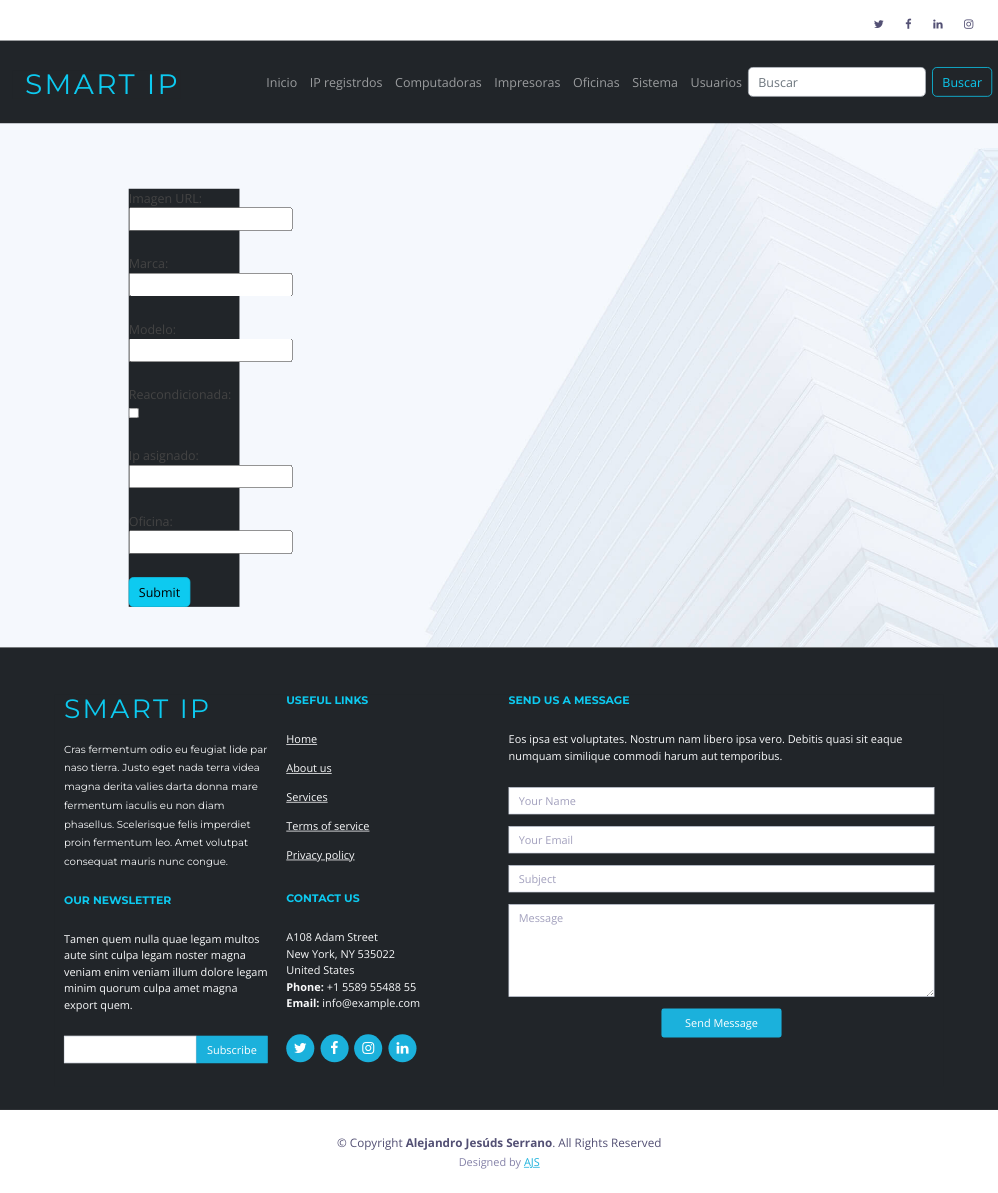
Repository: AlejandroJesusSerrano/SmartIPs
Page: smartip/smartipnav/templates/smartipnav/printer_form.html
These files come from the project's save history. The page is drawn as it stood at one moment and after the next save; the edit follows.
The browser window is 1280 px wide. The pictures show the whole page, at 78% of full size.
The page is served by the project's application, run on Django 4.2 (smartip/manage.py). Other server files are loaded and not shown. The template is opened directly, without the code that normally fills it, so the values that code supplies are empty.

Above is the page before, as saved 2022-11-14 07:59:05.

### smartip/smartipnav/templates/smartipnav/printer_form.html
{% extends 'smartipnav/base.html' %}

{% block content %}
<section id="intro" class="clearfix">
    <div class="container d-flex h-100">
        <div class="row justify-content-center align-self-center">
            <div class="col-md-6 intro-info order-md-first order-last">
                <form action="" method="post">
                    {% csrf_token %}
                    <div class="form-group bg-dark"
                        <p>Imagen URL: <input type="url" name="printer_image" id="printer_add"></p>
                        <p>Marca: <input type="text" name="printer_brand" id="printer_brand"></p>
                        <p>Modelo: <input type="text" name="printer_model" id="printer_model"></p>
                        <p>Reacondicionada: <input type="checkbox" name="printer_rebuilded" id="printer_rebuilded"></p>
                        <p>Ip asignado: <input type="text" name="printer_ip" id="printer_ip"></p>
                        <p>Oficina: <input type="text" namr="printer_office" id="printer_office"></p>
                        <button type="submit" class="btn btn-info">Submit</button>
                    </div>
                </form>
            </div>
        </div>
    </div>
{% endblock %}

### smartip/smartipnav/templates/smartipnav/base.html
<!DOCTYPE html>
<html lang="en">
<head>

  {% load static %}
  <meta charset="utf-8">
  <title>Smart IP</title>
  <meta content="width=device-width, initial-scale=1.0" name="viewport">
  <meta content="" name="keywords">
  <meta content="" name="description">

  <!-- Favicons -->
  <link href="{% static 'smartipnav/img/favicon.png' %}" rel="icon">
  <link href="{% static 'smartipnav/img/apple-touch-icon.png' %}" rel="apple-touch-icon">

  <!-- Google Fonts -->
  <link href="https://fonts.googleapis.com/css?family=Open+Sans:300,300i,400,400i,500,600,700,700i|Montserrat:300,400,500,600,700" rel="stylesheet">

  <!-- Bootstrap CSS File -->
  <link href="https://cdn.jsdelivr.net/npm/bootstrap@5.2.2/dist/css/bootstrap.min.css" rel="stylesheet" integrity="sha384-Zenh87qX5JnK2Jl0vWa8Ck2rdkQ2Bzep5IDxbcnCeuOxjzrPF/et3URy9Bv1WTRi" crossorigin="anonymous">

  <!-- Libraries CSS Files -->
  <link href="{% static 'smartipnav/lib/font-awesome/css/font-awesome.min.css' %}" rel="stylesheet">
  <link href="{% static 'smartipnav/lib/animate/animate.min.css' %}" rel="stylesheet">
  <link href="{% static 'smartipnav/lib/ionicons/css/ionicons.min.css' %}" rel="stylesheet">
  <link href="{% static 'smartipnav/lib/owlcarousel/assets/owl.carousel.min.css' %}" rel="stylesheet">
  <link href="{% static 'smartipnav/lib/lightbox/css/lightbox.min.css' %}" rel="stylesheet">

  <!-- Main Stylesheet File -->
  <link href="{% static 'smartipnav/css/style.css' %}" rel="stylesheet">

  <!-- =======================================================
    Theme Name: Rapid
    Theme URL: https://bootstrapmade.com/rapid-multipurpose-bootstrap-business-template/
    Author: BootstrapMade.com
    License: https://bootstrapmade.com/license/
  ======================================================= -->
</head>

<body>
  <!--==========================
  Header
  ============================-->
  <header id="header">

    <div id="topbar">
      <div class="container me-2">
        <div class="social-links">
          <a href="#" class="twitter"><i class="fa fa-twitter"></i></a>
          <a href="#" class="facebook"><i class="fa fa-facebook"></i></a>
          <a href="#" class="linkedin"><i class="fa fa-linkedin"></i></a>
          <a href="#" class="instagram"><i class="fa fa-instagram"></i></a>
        </div>
      </div>
    </div>

    <nav class="navbar navbar-expand-lg navbar-dark bg-dark">
      <a class="navbar-brand" href="index">
        <div class="logo mb-4">
          <!-- Uncomment below if you prefer to use an image logo -->
          <h1 class="text-bg-dark mx-auto "><a href="index"><span class= "text-info">Smart IP</span></a></h1>
          <!-- <a href="#header" class="scrollto"><img src="img/logo.png" alt="" class="img-fluid"></a> -->
        </div>
      </a>
      <button class="navbar-toggler" type="button" data-bs-toggle="collapse" data-bs-target="#navbarSupportedContent" aria-controls="navbarSupportedContent" aria-expanded="false" aria-label="Toggle navigation">
        <span class="navbar-toggler-icon"></span>
      </button>
      <div class="collapse navbar-collapse" id="navbarSupportedContent">
        <ul class="navbar-nav ms-auto mb-2 mb-lg-0">
          <li class="nav-item">
            <a class="nav-link {% block indexactive %} {% endblock %}" aria-current="page" href="{% url 'Inicio' %}">Inicio</a>
          </li>
          <li class="nav-item">
            <a class="nav-link {% block ipactive %} {% endblock %}" aria-current="page" href=" {% url 'Ip' %}">IP registrdos</a>
          </li>
          <li class="nav-item">
            <a class="nav-link {% block computeractive %} {% endblock %}" aria-current="page" href="{% url 'Computers' %}">Computadoras</a>
          </li>
          <li class="nav-item">
            <a class="nav-link {% block printersactive %} {% endblock %}" aria-current="page" href="{% url 'Printers' %}">Impresoras</a>
          </li>
          <li class="nav-item">
            <a class="nav-link {% block officesactive %} {% endblock %}" aria-current="page" href="{% url 'Offices' %}">Oficinas</a>
          </li>
          <li class="nav-item">
            <a class="nav-link {% block usersactive %} {% endblock %}" aria-current="page" href="{% url 'Users' %}">Sistema</a>
          </li>
          <li class="nav-item">
            <a class="nav-link {% block userspcactive %} {% endblock %}" aria-current="page" href="{% url 'UsersPc' %}">Usuarios</a>
          </li>

          <!-- <li class="nav-item dropdown">
            <a class="nav-link dropdown-toggle" href="#" id="navbarDropdown" role="button" data-bs-toggle="dropdown" aria-expanded="false">
              Dropdown
            </a>
            <ul class="dropdown-menu" aria-labelledby="navbarDropdown">
              <li><a class="dropdown-item" href="#">Acción</a></li>
              <li><a class="dropdown-item" href="#">Otra acción</a></li>
              <li><hr class="dropdown-divider"></li>
              <li><a class="dropdown-item" href="#">Algo más aquí</a></li>
            </ul>
          </li>
          <li class="nav-item">
            <a class="nav-link disabled">Deshabilitado</a>
          </li> -->
        </ul>
        <form class="d-flex" role="search">
          <input class="form-control me-2" type="search" placeholder="Buscar" aria-label="Buscar">
          <button class="btn btn-outline-info me-2" type="submit">Buscar</button>
        </form>
      </div>
    </nav>
  </header><!-- #header -->



    {% block content %}

    {% endblock %}



  <!--==========================
    Footer
  ============================-->
  <footer id="footer" class="section-bg">
    <div class="footer-top bg-dark">
      <div class="container bg-dark">

        <div class="row">

          <div class="col-lg-6">

            <div class="row">

                <div class="col-sm-6">

                  <div class="footer-info">
                    <h3 class="text-info">Smart Ip</h3>
                    <p class="text-light">Cras fermentum odio eu feugiat lide par naso tierra. Justo eget nada terra videa magna derita valies darta donna mare fermentum iaculis eu non diam phasellus. Scelerisque felis imperdiet proin fermentum leo. Amet volutpat consequat mauris nunc congue.</p>
                  </div>

                  <div class="footer-newsletter">
                    <h4 class="text-info">Our Newsletter</h4>
                    <p class="text-light">Tamen quem nulla quae legam multos aute sint culpa legam noster magna veniam enim veniam illum dolore legam minim quorum culpa amet magna export quem.</p>
                    <form action="" method="post">
                      <input type="email" name="email"><input type="submit"  value="Subscribe">
                    </form>
                  </div>

                </div>

                <div class="col-sm-6">
                  <div class="footer-links">
                    <h4 class="text-info">Useful Links</h4>
                    <ul>
                      <li><a class="text-light" href="#">Home</a></li>
                      <li><a class="text-light" href="#">About us</a></li>
                      <li><a class="text-light" href="#">Services</a></li>
                      <li><a class="text-light" href="#">Terms of service</a></li>
                      <li><a class="text-light" href="#">Privacy policy</a></li>
                    </ul>
                  </div>

                  <div class="footer-links">
                    <h4 class="text-info">Contact Us</h4>
                    <p class="text-light">
                      A108 Adam Street <br>
                      New York, NY 535022<br>
                      United States <br>
                      <strong>Phone:</strong> +1 5589 55488 55<br>
                      <strong>Email:</strong> info@example.com<br>
                    </p>
                  </div>

                  <div class="social-links">
                    <a href="#" class="twitter"><i class="fa fa-twitter"></i></a>
                    <a href="#" class="facebook"><i class="fa fa-facebook"></i></a>
                    <a href="#" class="instagram"><i class="fa fa-instagram"></i></a>
                    <a href="#" class="linkedin"><i class="fa fa-linkedin"></i></a>
                  </div>

                </div>

            </div>

          </div>

          <div class="col-lg-6">

            <div class="form">

              <h4 class="text-info">Send us a message</h4>
              <p class= "text-light">Eos ipsa est voluptates. Nostrum nam libero ipsa vero. Debitis quasi sit eaque numquam similique commodi harum aut temporibus.</p>
              <form action="" method="post" role="form" class="contactForm">
                <div class="form-group">
                  <input type="text" name="name" class="form-control" id="name" placeholder="Your Name" data-rule="minlen:4" data-msg="Please enter at least 4 chars" />
                  <div class="validation"></div>
                </div>
                <div class="form-group">
                  <input type="email" class="form-control" name="email" id="email" placeholder="Your Email" data-rule="email" data-msg="Please enter a valid email" />
                  <div class="validation"></div>
                </div>
                <div class="form-group">
                  <input type="text" class="form-control" name="subject" id="subject" placeholder="Subject" data-rule="minlen:4" data-msg="Please enter at least 8 chars of subject" />
                  <div class="validation"></div>
                </div>
                <div class="form-group">
                  <textarea class="form-control" name="message" rows="5" data-rule="required" data-msg="Please write something for us" placeholder="Message"></textarea>
                  <div class="validation"></div>
                </div>

                <div id="sendmessage">Your message has been sent. Thank you!</div>
                <div id="errormessage"></div>

                <div class="text-center"><button type="submit" title="Send Message">Send Message</button></div>
              </form>
            </div>

          </div>



        </div>

      </div>
    </div>

    <div class="container">
      <div class="copyright">
        &copy; Copyright <strong>Alejandro Jesúds Serrano</strong>. All Rights Reserved
      </div>
      <div class="credits">
        <!--
          All the links in the footer should remain intact.
          You can delete the links only if you purchased the pro version.
          Licensing information: https://bootstrapmade.com/license/
          Purchase the pro version with working PHP/AJAX contact form: https://bootstrapmade.com/buy/?theme=Rapid
        -->
        Designed by <a href="https://AJS.com/">AJS</a>
      </div>
    </div>
  </footer><!-- #footer -->

  <a href="#" class="back-to-top"><i class="fa fa-chevron-up"></i></a>
  <!-- Uncomment below i you want to use a preloader -->
  <!-- <div id="preloader"></div> -->

  <!-- JavaScript Libraries -->
  <script src="{% static 'smartipnav/lib/jquery/jquery.min.js' %}"></script>
  <script src="{% static 'smartipnav/lib/jquery/jquery-migrate.min.js' %}"></script>
  <script src="https://cdn.jsdelivr.net/npm/bootstrap@5.2.2/dist/js/bootstrap.bundle.min.js" integrity="sha384-OERcA2EqjJCMA+/3y+gxIOqMEjwtxJY7qPCqsdltbNJuaOe923+mo//f6V8Qbsw3" crossorigin="anonymous"></script>
  <script src="{% static 'smartipnav/lib/easing/easing.min.js' %}"></script>
  <script src="{% static 'smartipnav/lib/mobile-nav/mobile-nav.js' %}"></script>
  <script src="{% static 'smartipnav/lib/wow/wow.min.js' %}"></script>
  <script src="{% static 'smartipnav/lib/waypoints/waypoints.min.js' %}"></script>
  <script src="{% static 'smartipnav/lib/counterup/counterup.min.js' %}"></script>
  <script src="{% static 'smartipnav/lib/owlcarousel/owl.carousel.min.js' %}"></script>
  <script src="{% static 'smartipnav/lib/isotope/isotope.pkgd.min.js' %}"></script>
  <script src="{% static 'smartipnav/lib/lightbox/js/lightbox.min.js' %}"></script>
  <!-- Contact Form JavaScript File -->
  <script src="{% static 'smartipnav/contactform/contactform.js' %}"></script>

  <!-- Template Main Javascript File -->
  <script src="{% static 'smartipnav/js/main.js' %}"></script>

</body>
</html>

### smartip/smartip/urls.py
"""smartip URL Configuration

The `urlpatterns` list routes URLs to views. For more information please see:
    https://docs.djangoproject.com/en/4.1/topics/http/urls/
Examples:
Function views
    1. Add an import:  from my_app import views
    2. Add a URL to urlpatterns:  path('', views.home, name='home')
Class-based views
    1. Add an import:  from other_app.views import Home
    2. Add a URL to urlpatterns:  path('', Home.as_view(), name='home')
Including another URLconf
    1. Import the include() function: from django.urls import include, path
    2. Add a URL to urlpatterns:  path('blog/', include('blog.urls'))
"""
from django.contrib import admin
from django.urls import path

urlpatterns = [
    path('admin/', admin.site.urls),
]

Loaded but not shown: smartip/smartipnav/static/smartipnav/lib/font-awesome/css/font-awesome.min.css (library); smartip/smartipnav/static/smartipnav/lib/animate/animate.min.css (library); smartip/smartipnav/static/smartipnav/lib/ionicons/css/ionicons.min.css (library); smartip/smartipnav/static/smartipnav/lib/owlcarousel/assets/owl.carousel.min.css (library); smartip/smartipnav/static/smartipnav/lib/lightbox/css/lightbox.min.css (common file); smartip/smartipnav/static/smartipnav/lib/jquery/jquery.min.js (library); smartip/smartipnav/static/smartipnav/lib/jquery/jquery-migrate.min.js (library); smartip/smartipnav/static/smartipnav/lib/easing/easing.min.js (common file); smartip/smartipnav/static/smartipnav/lib/mobile-nav/mobile-nav.js (common file); smartip/smartipnav/static/smartipnav/lib/wow/wow.min.js (library); smartip/smartipnav/static/smartipnav/lib/waypoints/waypoints.min.js (library); smartip/smartipnav/static/smartipnav/lib/counterup/counterup.min.js (common file); smartip/smartipnav/static/smartipnav/lib/owlcarousel/owl.carousel.min.js (library); smartip/smartipnav/static/smartipnav/lib/isotope/isotope.pkgd.min.js (library); smartip/smartipnav/static/smartipnav/lib/lightbox/js/lightbox.min.js (library); smartip/smartipnav/static/smartipnav/js/main.js (131 lines, source omitted); smartip/smartipnav/static/smartipnav/contactform/contactform.js (118 lines, source omitted); smartip/smartipnav/static/smartipnav/css/style.css (1573 lines, source omitted)

After the next save:
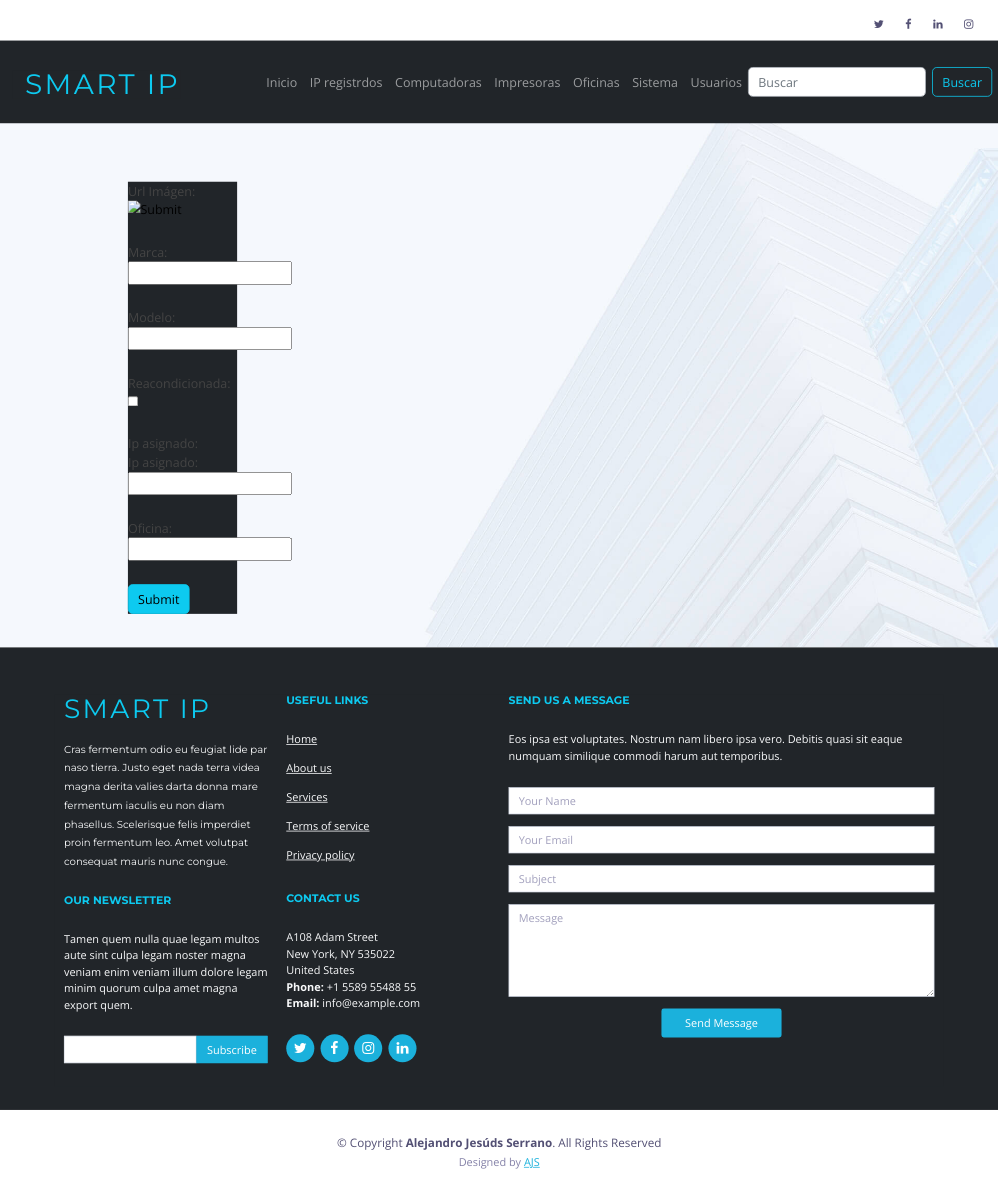
Saved 7 min 48 s later.
--- a/smartip/smartipnav/templates/smartipnav/printer_form.html
+++ b/smartip/smartipnav/templates/smartipnav/printer_form.html
@@ -7,13 +7,25 @@
             <div class="col-md-6 intro-info order-md-first order-last">
                 <form action="" method="post">
                     {% csrf_token %}
-                    <div class="form-group bg-dark"
-                        <p>Imagen URL: <input type="url" name="printer_image" id="printer_add"></p>
-                        <p>Marca: <input type="text" name="printer_brand" id="printer_brand"></p>
-                        <p>Modelo: <input type="text" name="printer_model" id="printer_model"></p>
-                        <p>Reacondicionada: <input type="checkbox" name="printer_rebuilded" id="printer_rebuilded"></p>
+                    <div class="form-group bg-dark">
+                        <label for="printer_image">Url Imágen: </label>
+                        <input type="image" name="printer_image" id="printer_add"></p>
+
+                        <label for="printer_brand">Marca: </label>
+                        <input type="text" name="printer_brand" id="printer_brand"></p>
+
+                        <label for="printer_model">Modelo: </label>
+                        <input type="text" name="printer_model" id="printer_model"></p>
+
+                        <label for="printer_rebuilded">Reacondicionada: </label>
+                        <input type="checkbox" name="printer_rebuilded" id="printer_rebuilded"></p>
+
+                        <label for="printer_ip">Ip asignado: </label>
                         <p>Ip asignado: <input type="text" name="printer_ip" id="printer_ip"></p>
-                        <p>Oficina: <input type="text" namr="printer_office" id="printer_office"></p>
+
+                        <label for="printer_office">Oficina: </label>
+                        <input type="text" namr="printer_office" id="printer_office"></p>
+
                         <button type="submit" class="btn btn-info">Submit</button>
                     </div>
                 </form>
